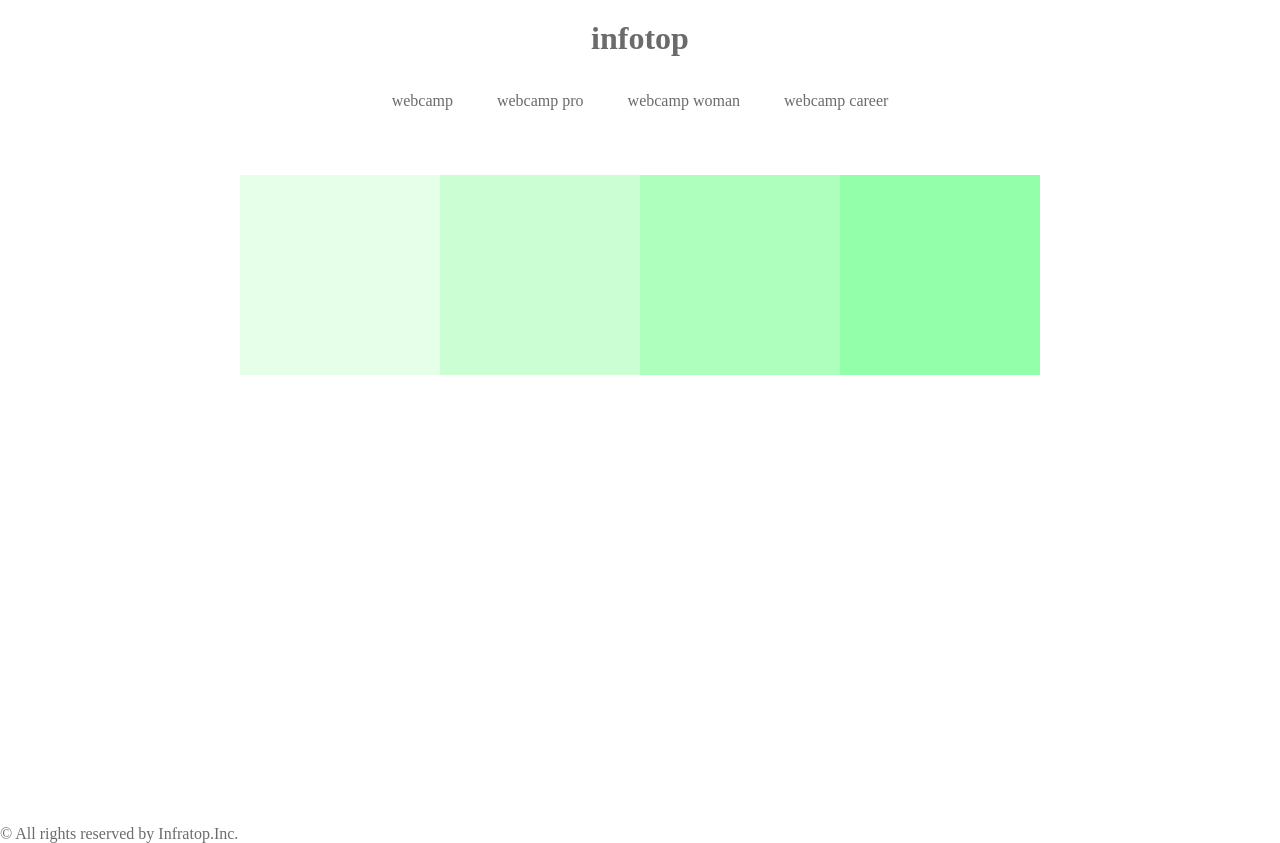
Repository: decknoboh/exercise1-8
Page: exercise1-5/index.html
The author's editor kept a record of every edit. The page is drawn from the files as they stood at one moment, then again after the next edit.
The browser window is 1280 px wide. The pictures show the whole page.

Above is the page before.

After the next edit:
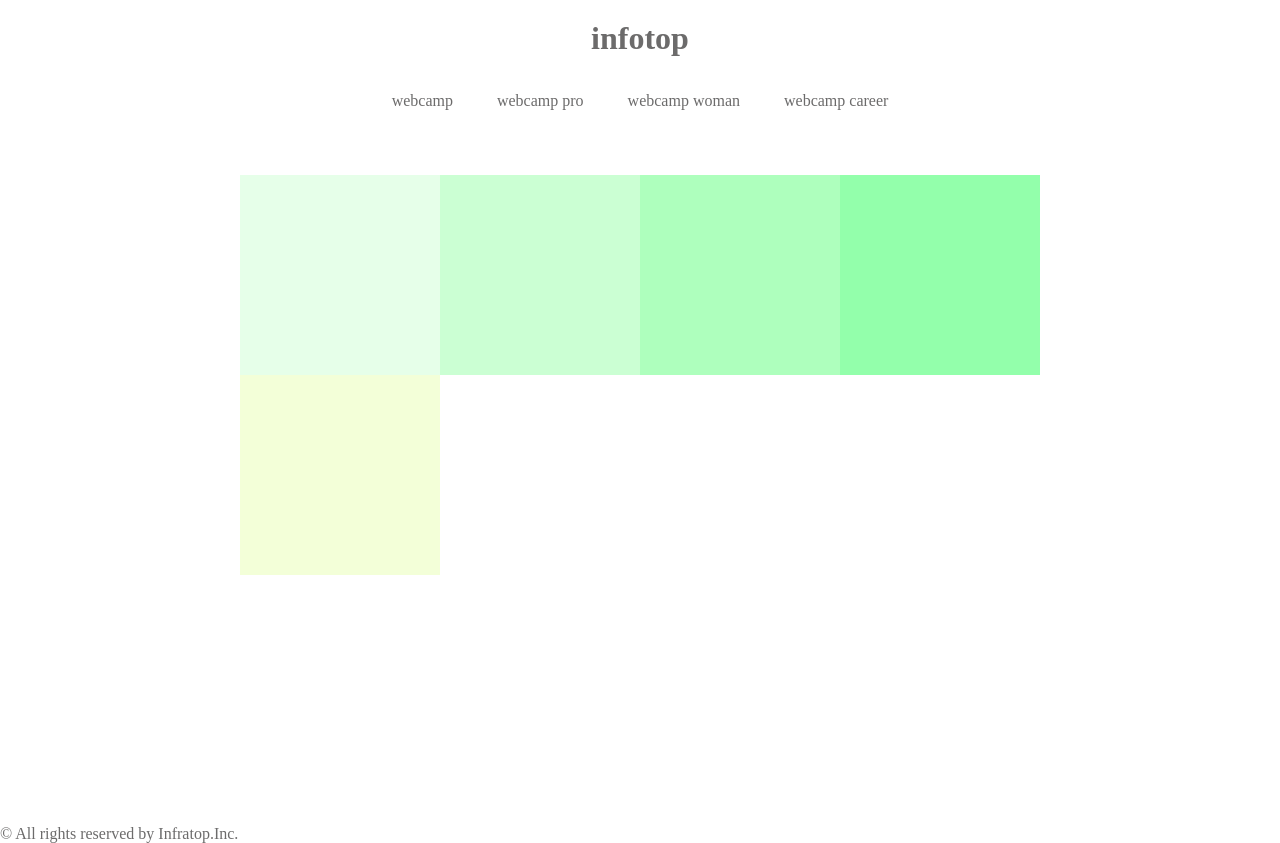
The edit:
--- a/exercise1-5/style.css
+++ b/exercise1-5/style.css
@@ -61,7 +61,7 @@
 .box5{
   width: 200px;
   height: 200px;
-  background-color:
+  background-color: #f3ffd8;
 }
 
 .box6{
